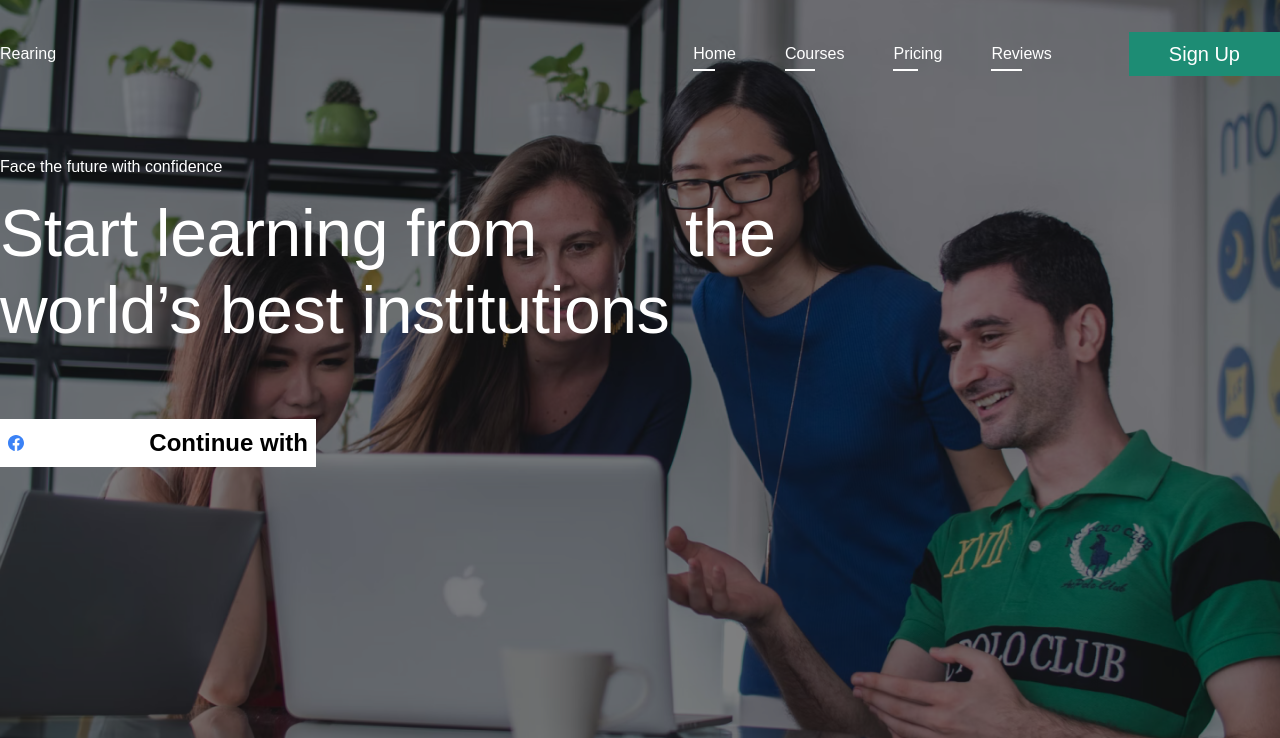
Repository: vandangnhathung/educationplatform
Page: /
An editor plug-in stored every save of this project. The page is shown before and after the next save, followed by the edit.
The browser window is 1280 px wide. The pictures show the whole page.
The project was rebuilt for these pictures with package versions that can differ from the ones it lists, and the page was loaded fresh each time.

Above is the page before, as saved 2022-06-20 23:26:22.

### src/index.js
import React from "react";
import ReactDOM from "react-dom/client";
import App from "./App";
import reportWebVitals from "./reportWebVitals";
import "./index.css";
const root = ReactDOM.createRoot(document.getElementById("root"));
root.render(
  <React.StrictMode>
    <App />
  </React.StrictMode>
);

// If you want to start measuring performance in your app, pass a function
// to log results (for example: reportWebVitals(console.log))
// or send to an analytics endpoint. Learn more: https://bit.ly/CRA-vitals
reportWebVitals();

### src/App.js
import Header from "./components/Header";

function App() {
  return (
    <>
      <Header></Header>
    </>
  );
}

export default App;

### src/index.css
@tailwind base;
@tailwind components;
@tailwind utilities;
@import url("https://fonts.googleapis.com/css2?family=Urbanist:wght@100;200;300;400;500;600;700;800&display=swap");
*,
*::before,
*::after {
  box-sizing: border-box;
}
* {
  margin: 0;
  padding: 0;
}

html,
body {
  height: 100%;
}
body {
  line-height: 1.5;
  font-family: "Urbanist", sans-serif;
}

img,
picture,
video,
canvas,
svg {
  display: block;
  max-width: 100%;
}
input,
button,
textarea,
select {
  font: inherit;
  outline: none;
}
p,
h1,
h2,
h3,
h4,
h5,
h6 {
  overflow-wrap: break-word;
}

.container {
  max-width: 1280px;
  margin: 0 auto;
  width: 100%;
}

.active {
  position: relative;
}

.active::before {
  content: "";
  display: block;
  position: absolute;
  bottom: -5px;
  width: 50%;
  padding: 1px;
  left: 0;
  background-color: #fff;
}

### src/components/Header.js
import React, { useEffect } from "react";
import headerImg from "../images/Images.png";
import SignInSocial from "./button/SignInSocial";
const Header = () => {
  const headerNav = [
    {
      id: 1,
      title: "Home",
    },
    {
      id: 2,
      title: "Courses",
    },
    {
      id: 3,
      title: "Pricing",
    },
    {
      id: 4,
      title: "Reviews",
    },
  ];
  return (
    <header>
      <div className="relative">
        <img src={headerImg} alt="header_img" className="w-full" />
        <div className="absolute inset-0 bg-black opacity-50"></div>
        <div class="absolute top-0  left-0 right-0 ">
          <div class="container">
            <div className="pt-8 mb-[79px] header-top text-white flex items-center justify-between">
              <h1 className="">Rearing</h1>
              <div className="flex items-center">
                <nav className="mr-[77px]">
                  <ul className="flex items-center  gap-x-[49px] ">
                    {headerNav.map((item) => (
                      <li className="active cursor-pointer" key={item.id}>
                        {item.title}
                      </li>
                    ))}
                  </ul>
                </nav>
                <button className="py-2 px-10 bg-[#1D8C74] text-white text-xl ">
                  Sign Up
                </button>
              </div>
            </div>

            <div className="slogan text-white mb-[70px]">
              <h3 className="text-base mb-4">
                Face the future with confidence
              </h3>
              <h1 className="desc max-w-[777px] text-[66px] leading-[77px] w-full tracking-[-0.02rem] font-medium">
                Start learning from{" "}
                <span className="inline-block mr-28 "></span>{" "}
                <p className="inline-block">the</p> world’s best institutions
              </h1>
            </div>

            <div className="signup">
              <SignInSocial></SignInSocial>
            </div>
          </div>
        </div>
      </div>
    </header>
  );
};

export default Header;

### src/components/button/SignInSocial.js
import React from "react";
import styled from "styled-components";
import { BsFacebook } from "react-icons/bs";

const SignInSocialStyles = styled.div`
  display: flex;
  justify-content: space-between;
  align-items: center;
  padding: 8px;
  background-color: #fff;
  max-width: 316px;
  width: 100%;
  font-size: 16px;
  font-weight: 600;
`;
const SignInSocial = ({ name = "", icon = <BsFacebook></BsFacebook> }) => {
  return (
    <SignInSocialStyles>
      <span className="inline-block text-blue-500">{icon}</span>
      <p className="text-2xl">Continue with {name}</p>
    </SignInSocialStyles>
  );
};

export default SignInSocial;

Loaded but not shown: public/index.html (common file); src/reportWebVitals.js (common file); tailwind.config.js (common file)

After the next save:
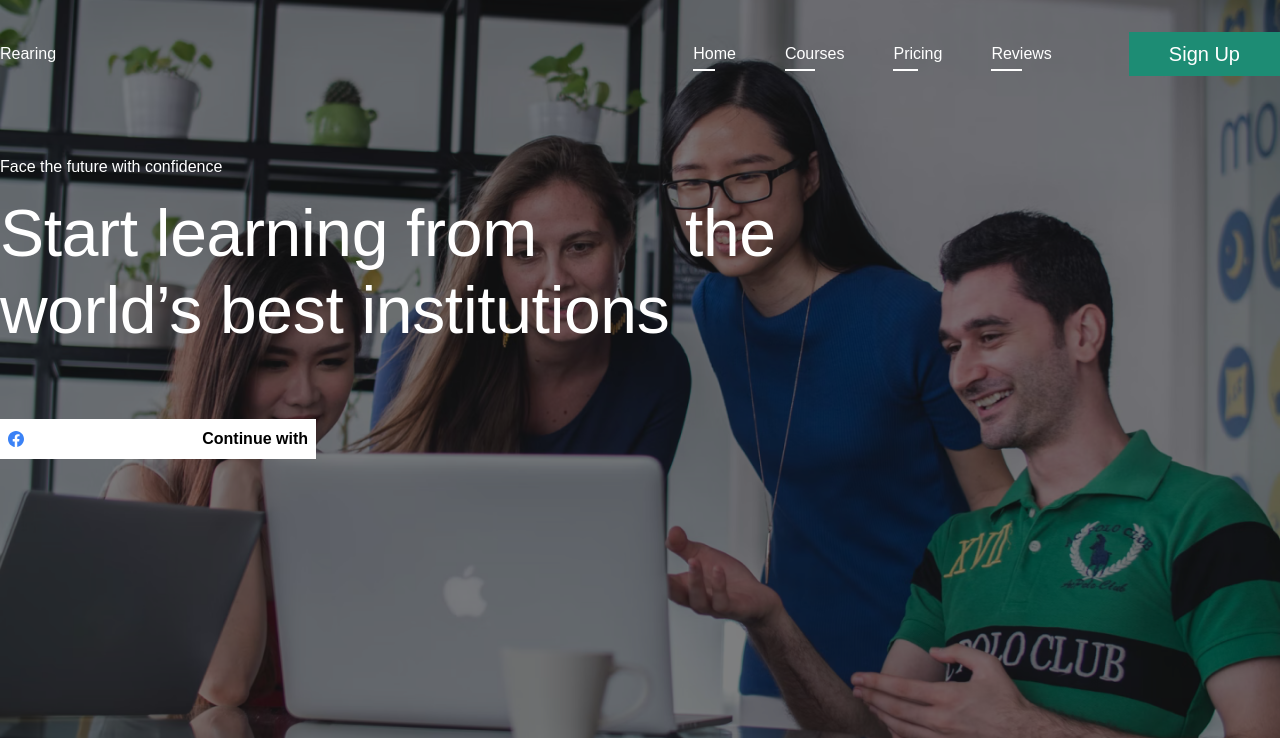
Saved 8 s later.
--- a/src/components/button/SignInSocial.js
+++ b/src/components/button/SignInSocial.js
@@ -17,7 +17,7 @@ const SignInSocial = ({ name = "", icon = <BsFacebook></BsFacebook> }) => {
   return (
     <SignInSocialStyles>
       <span className="inline-block text-blue-500">{icon}</span>
-      <p className="text-2xl">Continue with {name}</p>
+      <p className="">Continue with {name}</p>
     </SignInSocialStyles>
   );
 };
